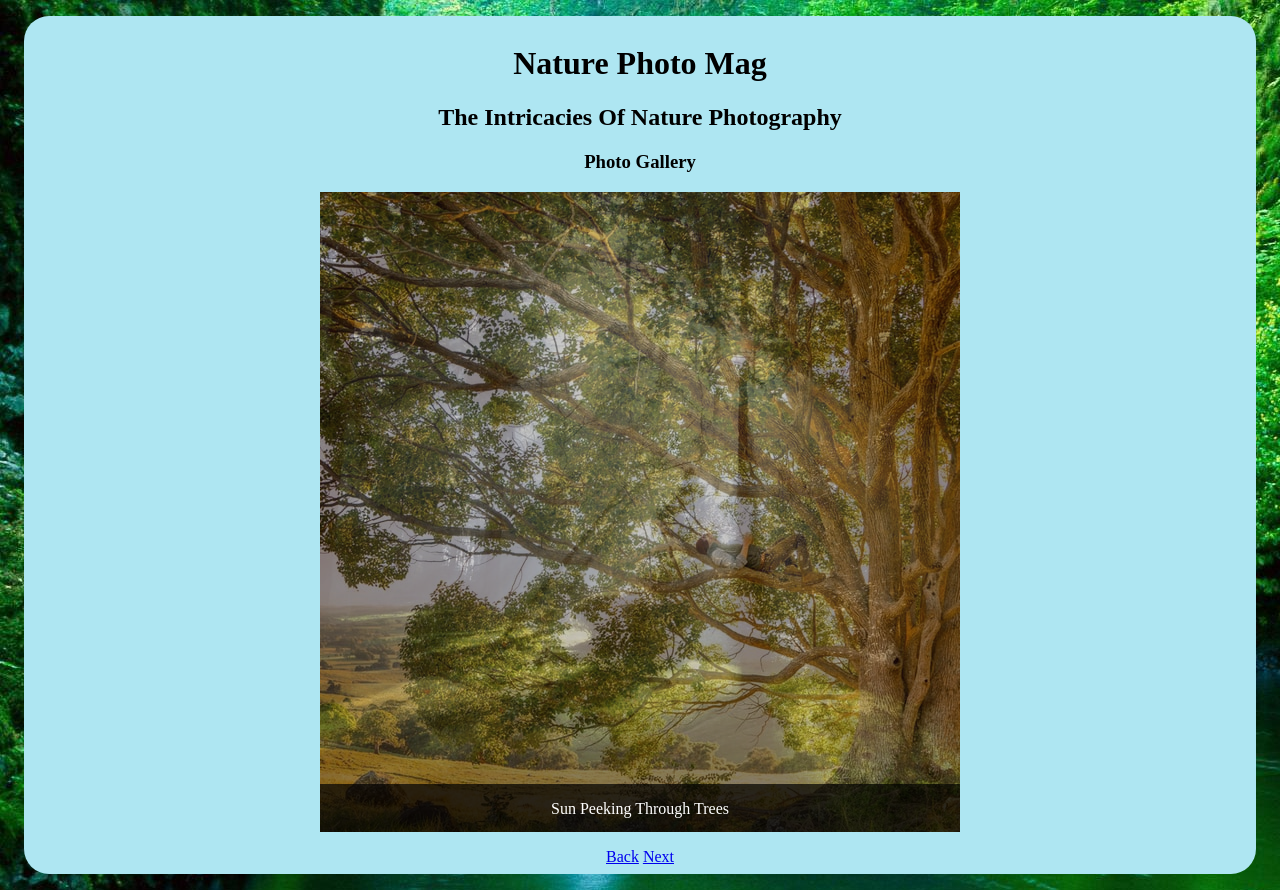
Repository: alexmaddux99/Image-Gallery
Page: index.html
An editor plug-in stored every save of this project. The page is shown before and after the next save, followed by the edit.
The browser window is 1280 px wide. The pictures show the whole page.
Backgrounds fixed to the window are drawn as part of the page.

Above is the page before, as saved 2022-03-08 16:38:52.
Console error: TypeError: Assignment to constant variable.

After the next save:
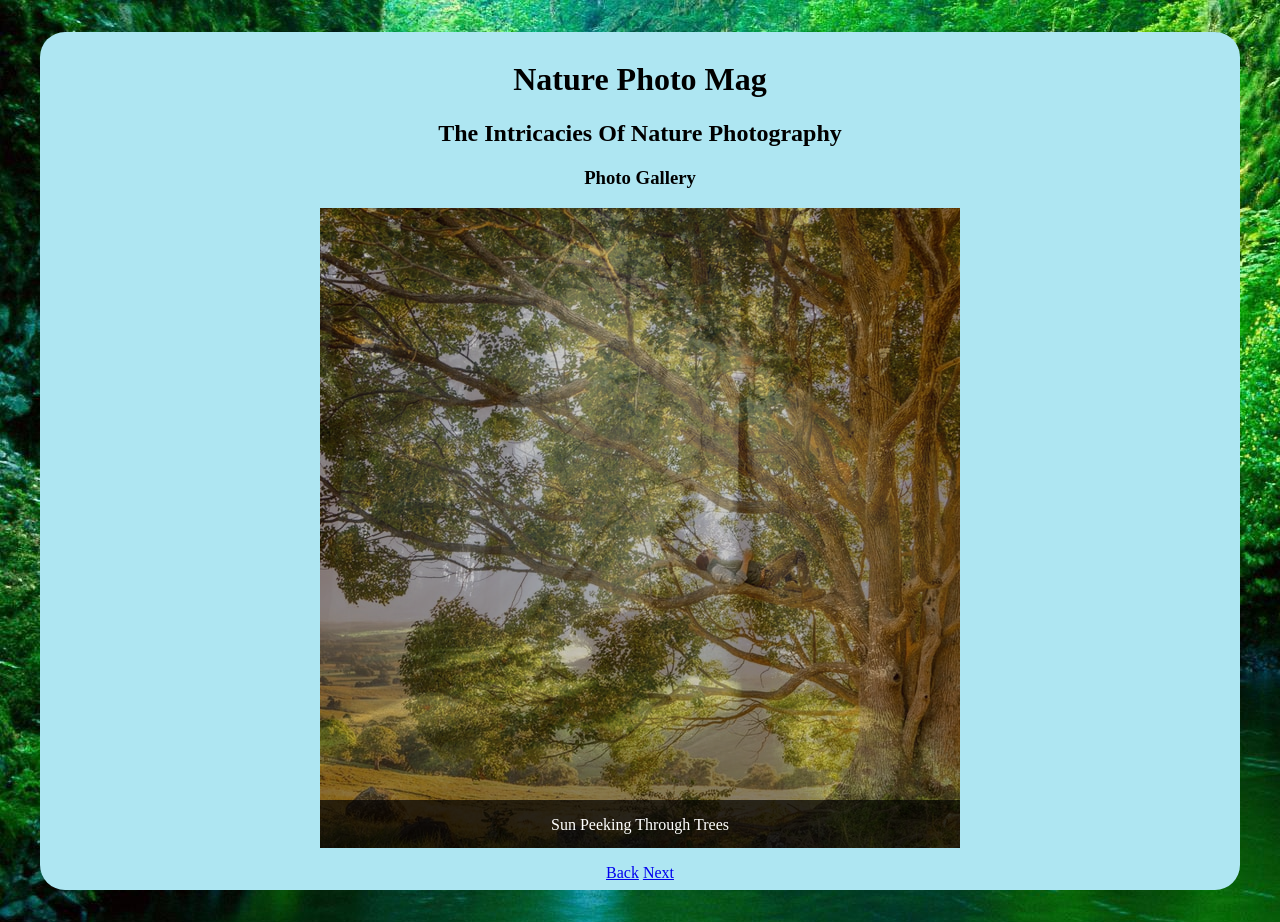
Saved 13 s later.
--- a/css/main.css
+++ b/css/main.css
@@ -64,7 +64,7 @@ section {
 }
 
 .content{
-  margin: 1rem;
+  margin: 2rem;
     padding: .5rem;
   background-color: #AEE6F2;
   border-radius: 25px;
